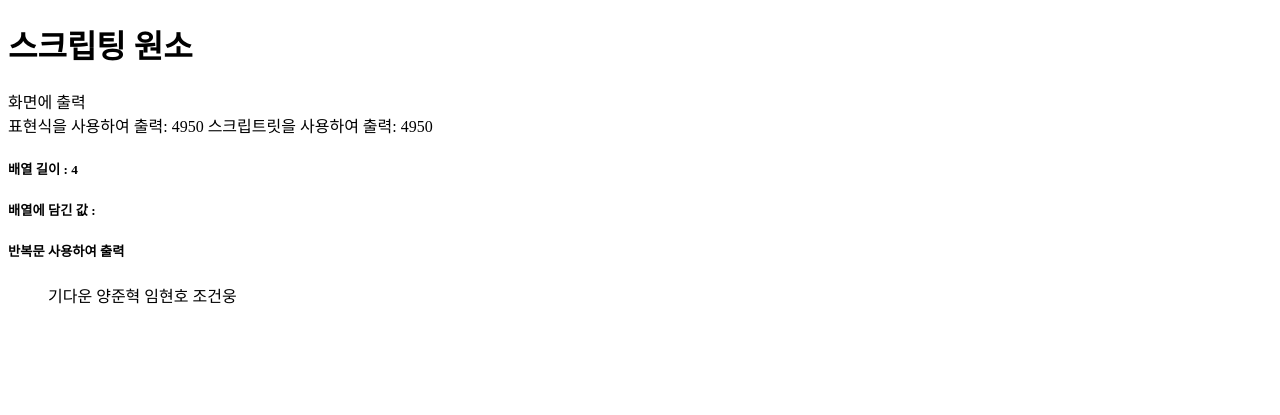
Repository: hailey-516/servlet
Page: http://localhost/2_jsp/views/01_ScriptingElement.jsp
The author's editor kept a copy of each file at every save. The page is drawn from the files as they stood at one save, then again after the next save.
The browser window is 1280 px wide. The pictures show the whole page.
The page is served by Tomcat 9. Nobody is signed in. The application's start-up code is not run.

Above is the page before, as saved 2024-08-23 02:26:18.

After the next save:
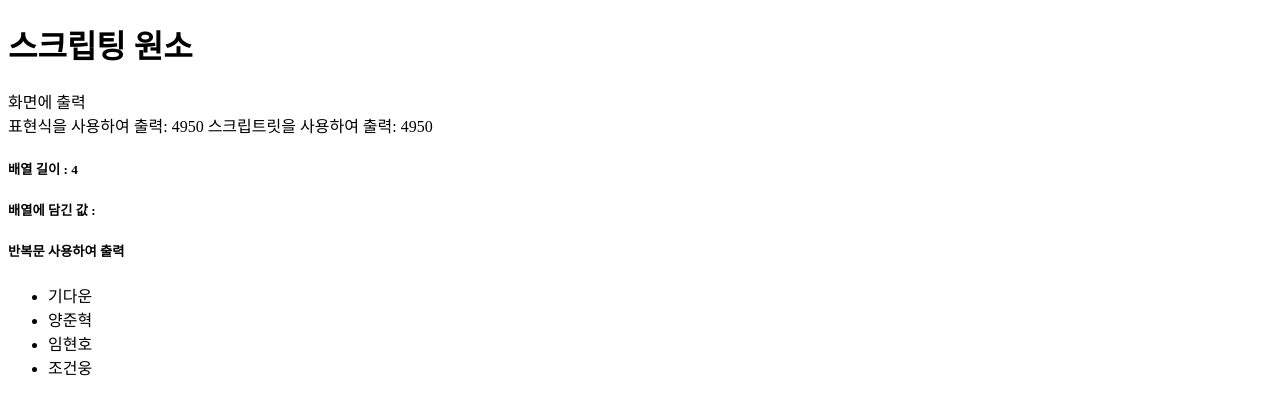
Saved 36 s later.
--- a/2_jsp/src/main/webapp/views/01_ScriptingElement.jsp
+++ b/2_jsp/src/main/webapp/views/01_ScriptingElement.jsp
@@ -39,7 +39,7 @@
     <h5>반복문 사용하여 출력</h5>
     <ul>
         <% for(int i=0; i<pArr.length; i++) { %>
-        	<%= pArr[i] %>
+        	<li><%= pArr[i] %></li>
         <% } %>
     </ul>
 </body>
